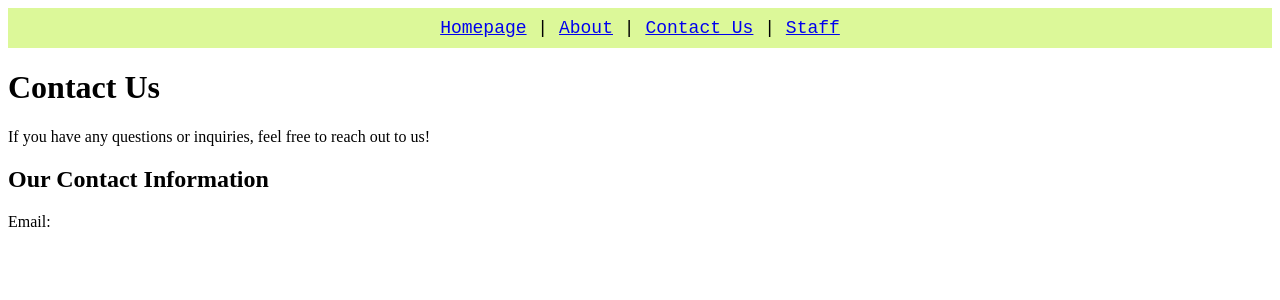
Repository: ficotims/HTML-RESTART
Page: Contact us.html
These files come from the project's save history. The page is drawn as it stood at one moment and after the next save; the edit follows.
The browser window is 1280 px wide. The pictures show the whole page.

Above is the page before, as saved 2026-02-08 13:49:58.

After the next save:
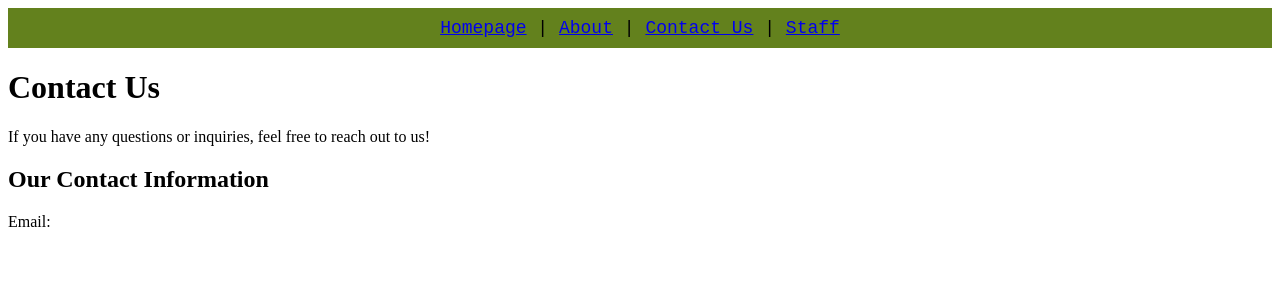
Saved 23 s later.
--- a/Contact us.html
+++ b/Contact us.html
@@ -7,7 +7,7 @@
     </head>
     <body>
           <!-- NAVIGATION SECTION -->
- <div style="background-color: rgb(220, 248, 153); padding: 10px; text-align: center; font-size: 18px; font-family: monospace, Lemon milk;">
+ <div style="background-color: rgb(99, 129, 29); padding: 10px; text-align: center; font-size: 18px; font-family: monospace, Lemon milk;">
     <a href="Homepage.html" target="_top">Homepage</a> |
     <a href="about.html">About</a> | <a href="Contact us.html">Contact Us</a> |
     <a href="staff.html">Staff</a>
